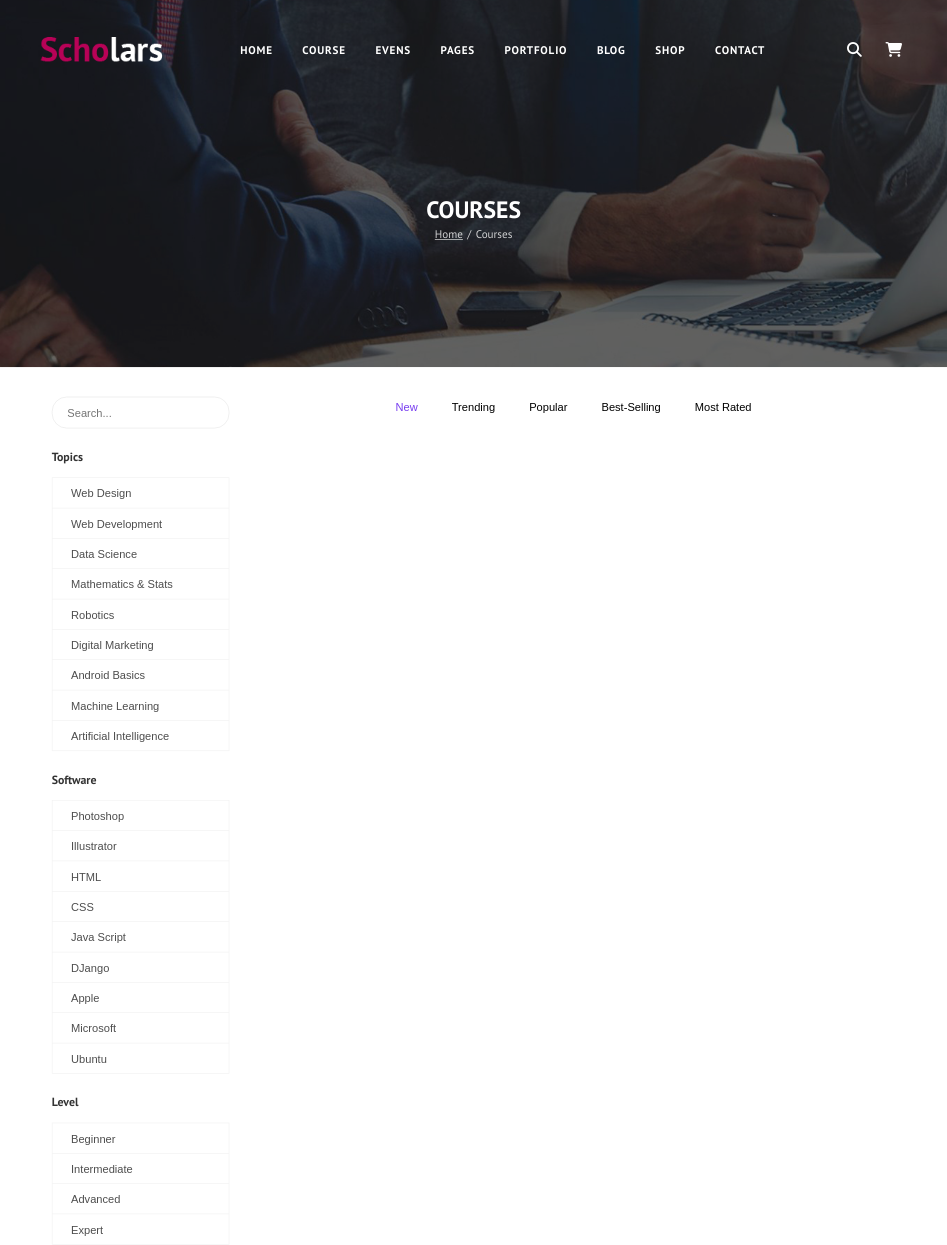
Repository: lannguyen1301/f8-zoom-day-7
Page: index.html
An editor plug-in stored every save of this project. The page is shown before and after the next save, followed by the edit.
The browser window is 1280 px wide. The pictures show the whole page, at 74% of full size.
Some web fonts or font styles are not loaded; a fallback is used.

Above is the page before, as saved 2025-04-24 23:33:30.

### index.html
<!DOCTYPE html>
<html lang="en">

<head>
    <meta charset="UTF-8">
    <meta name="viewport" content="width=device-width, initial-scale=1.0">
    <title>Scholars - Education, University & LMS HTML Template</title>

    <!-- Styles -->
    <link rel="stylesheet" href="./assets/css/reset.css">
    <link rel="stylesheet" href="./assets/css/style.css">

    <!-- Icon Font Awesome -->
    <link rel="stylesheet" href="https://cdnjs.cloudflare.com/ajax/libs/font-awesome/6.7.2/css/all.min.css"
        integrity="sha512-Evv84Mr4kqVGRNSgIGL/F/aIDqQb7xQ2vcrdIwxfjThSH8CSR7PBEakCr51Ck+w+/U6swU2Im1vVX0SVk9ABhg=="
        crossorigin="anonymous" referrerpolicy="no-referrer" />

    <!-- Font -->
    <link rel="preconnect" href="https://fonts.googleapis.com">
    <link rel="preconnect" href="https://fonts.gstatic.com" crossorigin>

    <link
        href="https://fonts.googleapis.com/css2?family=PT+Sans:ital,wght@0,400;0,700;1,400;1,700&family=Source+Sans+3:ital,wght@0,200..900;1,200..900&display=swap"
        rel="stylesheet">
</head>

<body>
    <div class="wrapper">
        <!-- Start header wrapper -->
        <div class="header-wrapper">
            <div class="inner">
                <div class="container header-container">
                    <!-- Start Header -->
                    <div class="header">
                        <!-- logo -->
                        <a href="./">
                            <img src="./assets/img/logo/logo.png" alt="Scholars Logo" class="header-logo">
                        </a>

                        <!-- Start Navigation -->
                        <ul class="nav">
                            <li class="item">
                                <a href="#!" class="link">Home</a>
                            </li>
                            <li class="item">
                                <a href="#!" class="link">Course</a>
                            </li>
                            <li class="item">
                                <a href="#!" class="link">Evens</a>
                            </li>
                            <li class="item">
                                <a href="#!" class="link">pages</a>
                            </li>
                            <li class="item">
                                <a href="#!" class="link">Portfolio</a>
                            </li>
                            <li class="item">
                                <a href="#!" class="link">Blog</a>
                            </li>
                            <li class="item">
                                <a href="#!" class="link">Shop</a>
                            </li>
                            <li class="item">
                                <a href="#!" class="link">Contact</a>
                            </li>
                        </ul>
                        <!-- End Navigation -->

                        <!-- User action -->
                        <div class="action-wrapper">
                            <button class="action-btn">
                                <i class="fa-solid fa-magnifying-glass"></i>
                            </button>
                            <button class="action-btn">
                                <i class="fa-solid fa-cart-shopping"></i>
                            </button>
                        </div>
                    </div>
                    <!-- End Header -->

                    <!-- Start Header Content -->
                    <div class="header-content">
                        <h1 class="heading">COURSES</h1>
                        <ul class="breadcrumb">
                            <li>
                                <a href="#!">Home</a>
                            </li>
                            <li>Courses</li>
                        </ul>
                    </div>
                    <!-- End Header Content -->
                </div>
            </div>
        </div>
        <!-- End header wrapper -->

        <!-- Start main -->
        <div class="main">
            <div class="container">
                <div class="inner">
                    <!-- Start sidebar -->
                    <div class="sidebar">
                        <!-- Start search form -->
                        <form action="" class="search-form" autocomplete="off">
                            <input type="text" name="" id="" placeholder="Search..." spellcheck="false"
                                class="search-input">
                            <button class="search-btn">
                                <i class="fa-solid fa-magnifying-glass"></i>
                            </button>
                        </form>
                        <!-- End search form -->

                        <!-- Start sidebar menu -->
                        <h2 class="menu-title">
                            Topics
                        </h2>
                        <ul class="menu">
                            <li>
                                <a href="#!">Web Design</a>
                            </li>
                            <li>
                                <a href="#!">Web Development</a>
                            </li>
                            <li>
                                <a href="#!">Data Science</a>
                            </li>
                            <li>
                                <a href="#!">Mathematics & Stats</a>
                            </li>
                            <li>
                                <a href="#!">Robotics</a>
                            </li>
                            <li>
                                <a href="#!">Digital Marketing</a>
                            </li>
                            <li>
                                <a href="#!">Android Basics</a>
                            </li>
                            <li>
                                <a href="#!">Machine Learning</a>
                            </li>
                            <li>
                                <a href="#!">Artificial Intelligence</a>
                            </li>
                        </ul>

                        <h2 class="menu-title">
                            Software
                        </h2>
                        <ul class="menu">
                            <li>
                                <a href="#!">Photoshop</a>
                            </li>
                            <li>
                                <a href="#!">Illustrator</a>
                            </li>
                            <li>
                                <a href="#!">HTML</a>
                            </li>
                            <li>
                                <a href="#!">CSS</a>
                            </li>
                            <li>
                                <a href="#!">Java Script</a>
                            </li>
                            <li>
                                <a href="#!">DJango</a>
                            </li>
                            <li>
                                <a href="#!">Apple</a>
                            </li>
                            <li>
                                <a href="#!">Microsoft</a>
                            </li>
                            <li>
                                <a href="#!">Ubuntu</a>
                            </li>
                        </ul>

                        <h2 class="menu-title">
                            Level
                        </h2>
                        <ul class="menu">
                            <li>
                                <a href="#!">Beginner</a>
                            </li>
                            <li>
                                <a href="#!">Intermediate</a>
                            </li>
                            <li>
                                <a href="#!">Advanced</a>
                            </li>
                            <li>
                                <a href="#!">Expert</a>
                            </li>
                        </ul>
                        <!-- End sidebar menu -->
                    </div>
                    <!-- End sidebar -->

                    <!-- Start main content -->
                    <div class="main-content">
                        <ul class="topics">
                            <li class="active">
                                <a href="#!">New</a>
                            </li>
                            <li>
                                <a href="#!">Trending</a>
                            </li>
                            <li>
                                <a href="#!">Popular</a>
                            </li>
                            <li>
                                <a href="#!">Best-Selling</a>
                            </li>
                            <li>
                                <a href="#!">Most Rated</a>
                            </li>
                        </ul>
                    </div>
                    <!-- End main content -->
                </div>
            </div>
        </div>
        <!-- End main -->
    </div>

</body>

</html>

### assets/css/style.css
*,
::before,
::after {
    box-sizing: border-box;
}

:root {
    --heading-font: "PT Sans", sans-serif;
    --black: #000;
    --white: #fff;
    --primary: #b80257;
    --secondary: #783df0;
}

html {
    font-size: 62.5%;
}

body {
    scroll-behavior: smooth;
    font-family: "Source Sans 3", sans-serif;
    font-size: 1.5rem;
}

h1,
h2,
h3,
h4,
h5,
h6 {
    font-family: var(--heading-font);
    font-weight: 700;
}

input,
button {
    border: none;
    outline: none;
    background: transparent;
    cursor: pointer;
}

a,
img,
button,
input,
textarea,
select {
    font-size: inherit;
    font-family: inherit;
    color: inherit;
    -webkit-tap-highlight-color: transparent;
    /**
        Thuộc tính -webkit-tap-highlight-color được sử dụng trong CSS
        để kiểm soát hiệu ứng highlight (màu nhấp nháy) khi người dùng chạm vào
        một phần tử trên các thiết bị di động sử dụng trình duyệt WebKit (Safari, Chrome trên iOS).
    **/
}

.container {
    width: 1170px;
    max-width: 100%;
    margin: 0 auto;
}

/* Start header wrapper */
.header-wrapper {
    display: flex;
    width: 100%;
    min-height: 496px;
    background-image: url(../img/banner/banner-2.jpg);
    background-repeat: no-repeat;
    background-size: cover;
    background-position: center;
}

.header-wrapper .inner {
    display: flex;
    width: 100%;
    background: rgba(0, 0, 0, 0.6);
}

.header-container {
    display: flex;
    flex-direction: column;
}

.header {
    display: flex;
    align-items: center;
    justify-content: space-between;
    padding-top: 40px;
}

.header-content {
    display: flex;
    flex-direction: column;
    align-items: center;
    justify-content: center;
    gap: 10px;
    flex-grow: 1;
    color: var(--white);
}

.header .nav {
    display: flex;
}

.nav a {
    display: inline-block;
    padding: 20px;
    color: var(--white);
    text-transform: uppercase;
    text-decoration: none;
    font-family: var(--heading-font);
    font-weight: 700;
    font-size: 1.5rem;
    letter-spacing: 1.1px;
}

.action-wrapper {
    display: flex;
    align-items: center;
    justify-content: center;
    gap: 20px;
}

.action-btn {
    font-size: 2rem;
    color: var(--white);
}

h1.heading {
    font-size: 3.2rem;
}

.breadcrumb {
    display: flex;
    font-family: var(--heading-font);
    font-size: 1.5rem;
    color: #fffc;
}

.breadcrumb li + li::before {
    content: "/";
    padding: 0 6px;
}

/* Start main */
.main {
    margin-top: 40px;
}

.main .inner {
    display: flex;
}

/* Start sidebar */
.sidebar {
    width: 270px;
    padding: 0 15px;
}

.search-form {
    display: flex;
    align-items: center;
    height: 43px;
    border: 1px solid #00000017;
    border-radius: 20px;
    overflow: hidden;
}

.search-input {
    flex-grow: 1;
    padding-left: 20px;
}

.search-input:not(:placeholder-shown) + .search-btn {
    color: #333;
}

.search-btn {
    padding: 0 20px;
    /* height: 100%; */
    align-self: stretch;
    color: #00000080;
}

.menu-title {
    margin-top: 30px;
    color: #333;
    font-size: 1.6rem;
}

ul.menu {
    margin-top: 20px;
    border: 1px solid #0000000d;
}

ul.menu li + li {
    border-top: 1px solid #0000000d;
}

.menu a {
    display: flex;
    align-items: center;
    height: 40px;
    padding: 0 25px;
    color: #000000b3;
    text-decoration: none;
}

.menu a:hover {
    color: var(--secondary);
}

.main .main-content {
    flex-grow: 1;
}

/* Topics */
.topics {
    display: flex;
    gap: 18px;
    justify-content: center;
}

.topics .active {
    color: var(--secondary);
    border-radius: 999px;
}

.topics a {
    display: inline-block;
    height: 30px;
    padding: 0 14px;
    border-radius: 999px;
    text-decoration: none;
    line-height: 30px;
}

Loaded but not shown: assets/css/reset.css (common file)

After the next save:
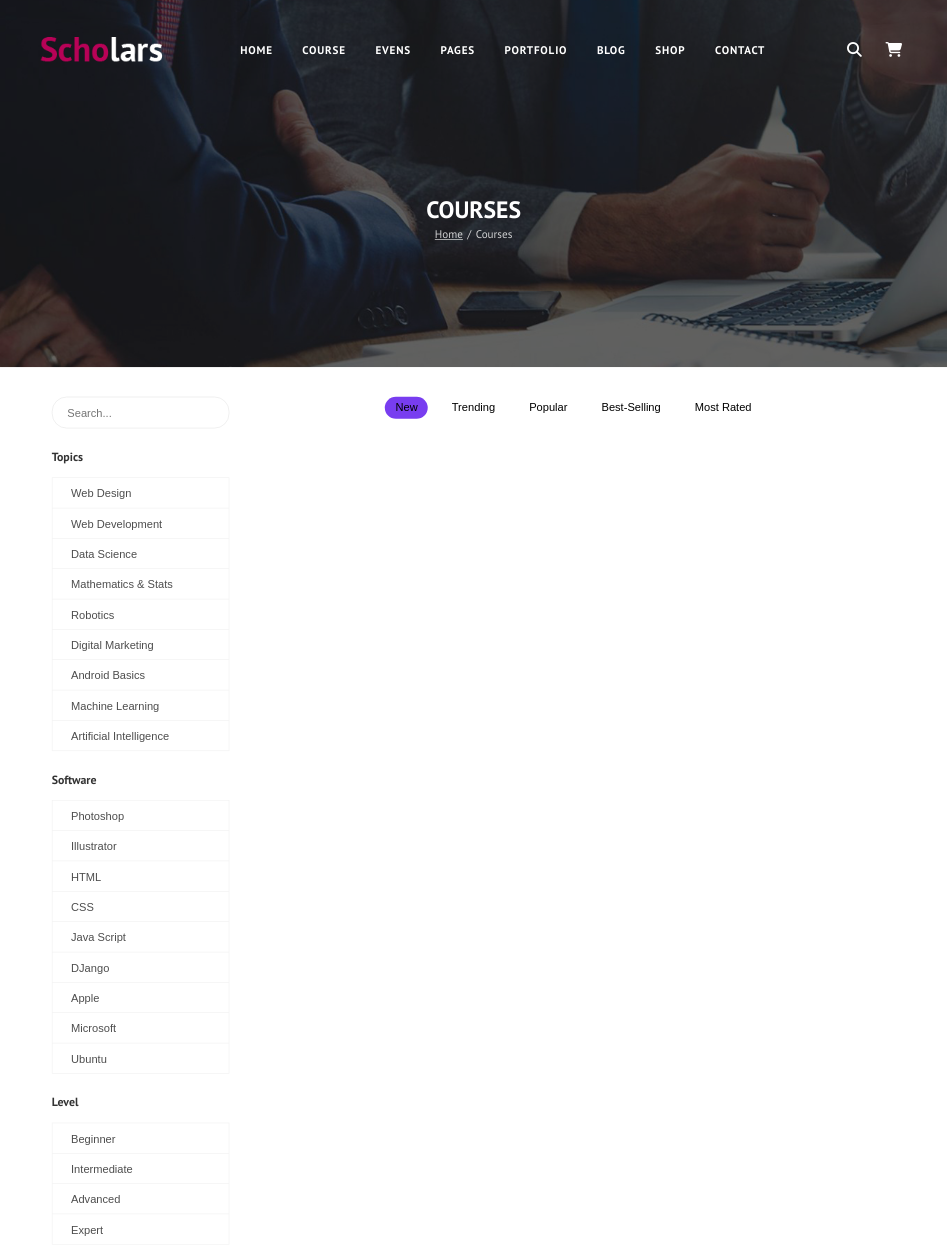
Saved 55 s later.
--- a/assets/css/style.css
+++ b/assets/css/style.css
@@ -226,7 +226,7 @@ ul.menu li + li {
 }
 
 .topics .active {
-    color: var(--secondary);
+    background: var(--secondary);
     border-radius: 999px;
 }
 
